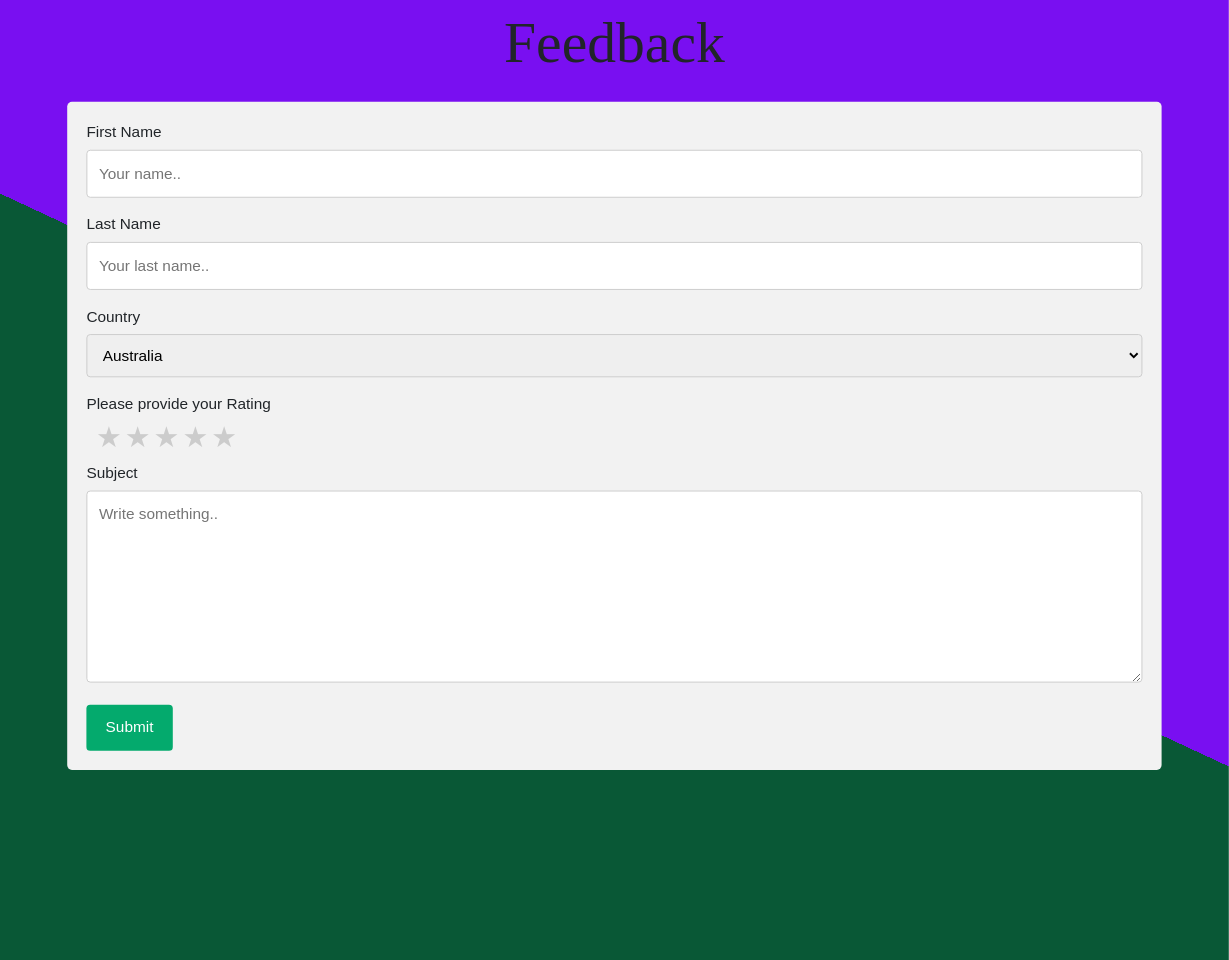
Repository: poornasyamasundar/Software-Project-Manager
Page: SoftwareManager/Templates/feedback.html
An editor plug-in stored every save of this project. The page is shown before and after the next save, followed by the edit.
The browser window is 1280 px wide. The pictures show the whole page, at 96% of full size.

Above is the page before, as saved 2021-10-23 21:25:30.

### SoftwareManager/Templates/feedback.html
<!DOCTYPE html>
<html>
	<head>
		<link rel = 'stylesheet' href = 'newProject.css'>
		<link href="https://cdn.jsdelivr.net/npm/bootstrap@5.0.2/dist/css/bootstrap.min.css" rel="stylesheet" integrity="sha384-EVSTQN3/azprG1Anm3QDgpJLIm9Nao0Yz1ztcQTwFspd3yD65VohhpuuCOmLASjC" crossorigin="anonymous">
		<title>
			Feedback
		</title>
        <style>
            body {font-family: Arial, Helvetica, sans-serif;}
            * {box-sizing: border-box;}

            input[type=text], select, textarea {
              width: 100%;
              padding: 12px;
              border: 1px solid #ccc;
              border-radius: 4px;
              box-sizing: border-box;
              margin-top: 6px;
              margin-bottom: 16px;
              resize: vertical;
            }

            input[type=submit] {
              background-color: #04AA6D;
              color: white;
              padding: 12px 20px;
              border: none;
              border-radius: 4px;
              cursor: pointer;
            }

            input[type=submit]:hover {
              background-color: #45a049;
            }

            .container {
              border-radius: 5px;
              background-color: #f2f2f2;
              padding: 20px;
              margin-top: 10px;
            }



            *{
                margin: 0;
                padding: 0;
            }
            .rate {
                float: left;
                height: 46px;
                padding: 0 10px;
            }
            .rate:not(:checked) > input {
                position:absolute;
                top:-9999px;
            }
            .rate:not(:checked) > label {
                float:right;
                width:1em;
                overflow:hidden;
                white-space:nowrap;
                cursor:pointer;
                font-size:30px;
                color:#ccc;
            }
            .rate:not(:checked) > label:before {
                content: '★ ';
            }
            .rate > input:checked ~ label {
                color: #ffc700;
            }
            .rate:not(:checked) > label:hover,
            .rate:not(:checked) > label:hover ~ label {
                color: #deb217;
            }
            .rate > input:checked + label:hover,
            .rate > input:checked + label:hover ~ label,
            .rate > input:checked ~ label:hover,
            .rate > input:checked ~ label:hover ~ label,
            .rate > label:hover ~ input:checked ~ label {
                color: #c59b08;
            }
            </style>
	</head>
	<body>
        <p align="center" style="font-family:serif; font-size: 60px;">Feedback</p>














<div class="container">
  <form action="">
    <label for="fname">First Name</label>
    <input type="text" id="fname" name="firstname" placeholder="Your name..">

    <label for="lname">Last Name</label>
    <input type="text" id="lname" name="lastname" placeholder="Your last name..">

    <label for="country">Country</label>
    <select id="country" name="country">
      <option value="australia">Australia</option>
      <option value="canada">Canada</option>
      <option value="usa">USA</option>
    </select>

    <label for="rating">Please provide your Rating</label>
    <br>
    <div class="rate">
        <input type="radio" id="star5" name="rate" value="5" />
        <label for="star5" title="text">5 stars</label>
        <input type="radio" id="star4" name="rate" value="4" />
        <label for="star4" title="text">4 stars</label>
        <input type="radio" id="star3" name="rate" value="3" />
        <label for="star3" title="text">3 stars</label>
        <input type="radio" id="star2" name="rate" value="2" />
        <label for="star2" title="text">2 stars</label>
        <input type="radio" id="star1" name="rate" value="1" />
        <label for="star1" title="text">1 star</label>
      </div>

      <br>

      <br>

    <label for="subject">Subject</label>
    <textarea id="subject" name="subject" placeholder="Write something.." style="height:200px"></textarea>


    <input type="submit" value="Submit">
  </form>
</div>

    </body>
</html>

### SoftwareManager/Templates/newProject.css
body
{
	background-color: lightpink;
}
#homeMenu
{
	width: 100%;
	height: 80px;
	background-color: lightblue;
}
#logo
{
	width: 30vw;
	height: 80px;
	display: inline-block;
	background-color: lightgreen;
}
#goback
{
	width: 80px;
	height: 80px;
	display: inline-block;
	float: right;
	background-color: red;
}
#help
{
	width: 80px;
	height: 80px;
	display: inline-block;
	float: right;
	background-color: lightgreen;
}/*
#newProjectBox
{
	background-color: purple;
	width: 400px;
	margin: auto;
	height: 300px;
	margin-top: 10px;
	padding-top: 10px;
}
#create
{
	height: 40px;
	width: 100px;
	margin: auto;
	margin-top: 10px;
	background-color: yellow;
}
#name, #model, #contributors, #repositorylink
{
	height: 40px;
	width: 300px;
	margin: auto;
	margin-top: 10px;
	background-color: yellow;
} */

body {
	background-color: #4BDBC3;
	background-image: -webkit-linear-gradient(65deg, #095836  50%,  #790ff1 50%); /*#4aeaf0 #f05151 #F8F7DE*/
	min-height: 1000px;
  }

  #ui {
	background-color: #333;
	padding: 30px;
	margin-top: 50px;
	border-radius: 10px;
	opacity: 0.9;
	font-weight: bold;
  }

  #ui label,
  h1 {
	color: #fff;
  }

After the next save:
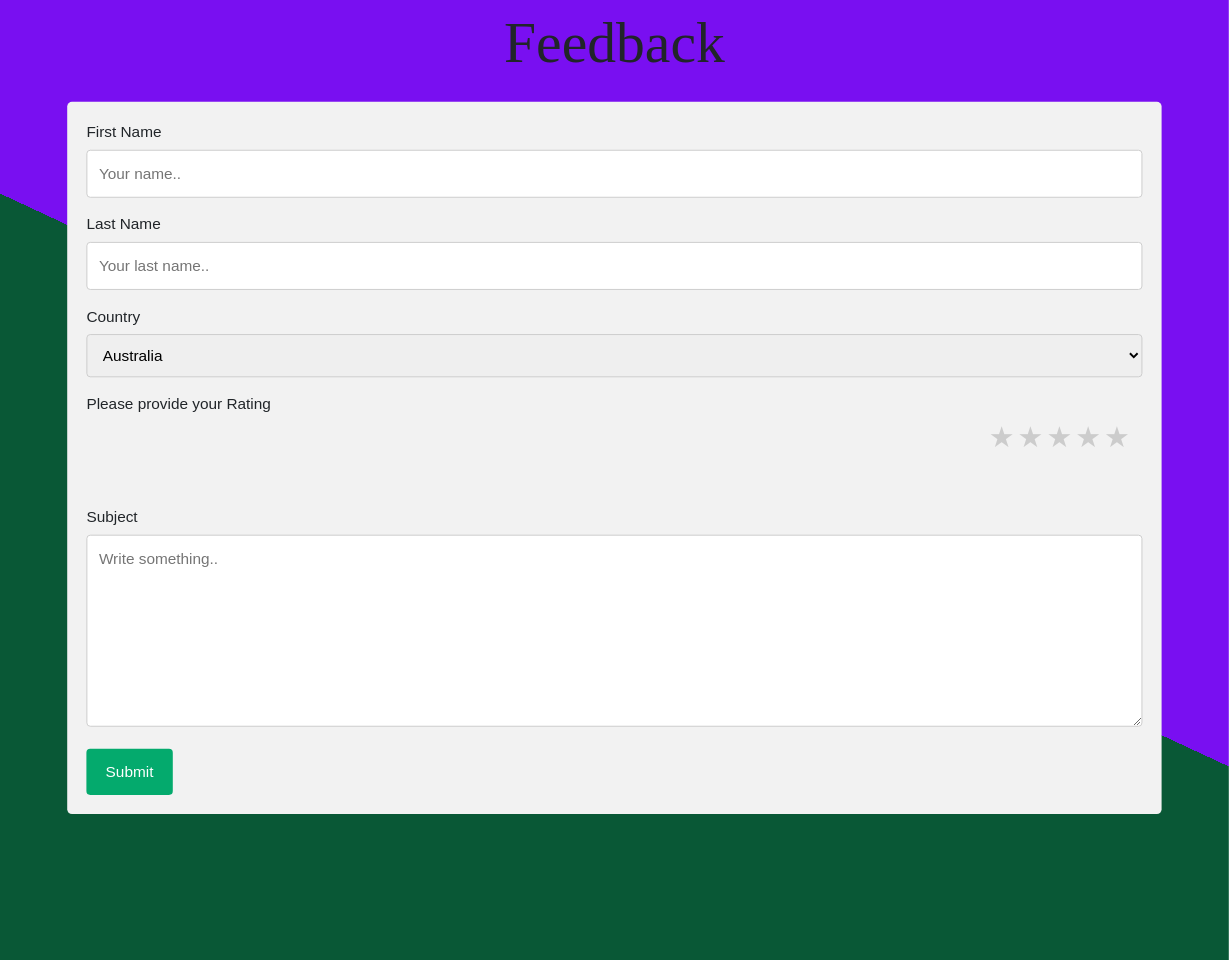
Saved 9 s later.
--- a/SoftwareManager/Templates/feedback.html
+++ b/SoftwareManager/Templates/feedback.html
@@ -48,7 +48,7 @@
                 padding: 0;
             }
             .rate {
-                float: left;
+                float: center;
                 height: 46px;
                 padding: 0 10px;
             }

After the save that followed:
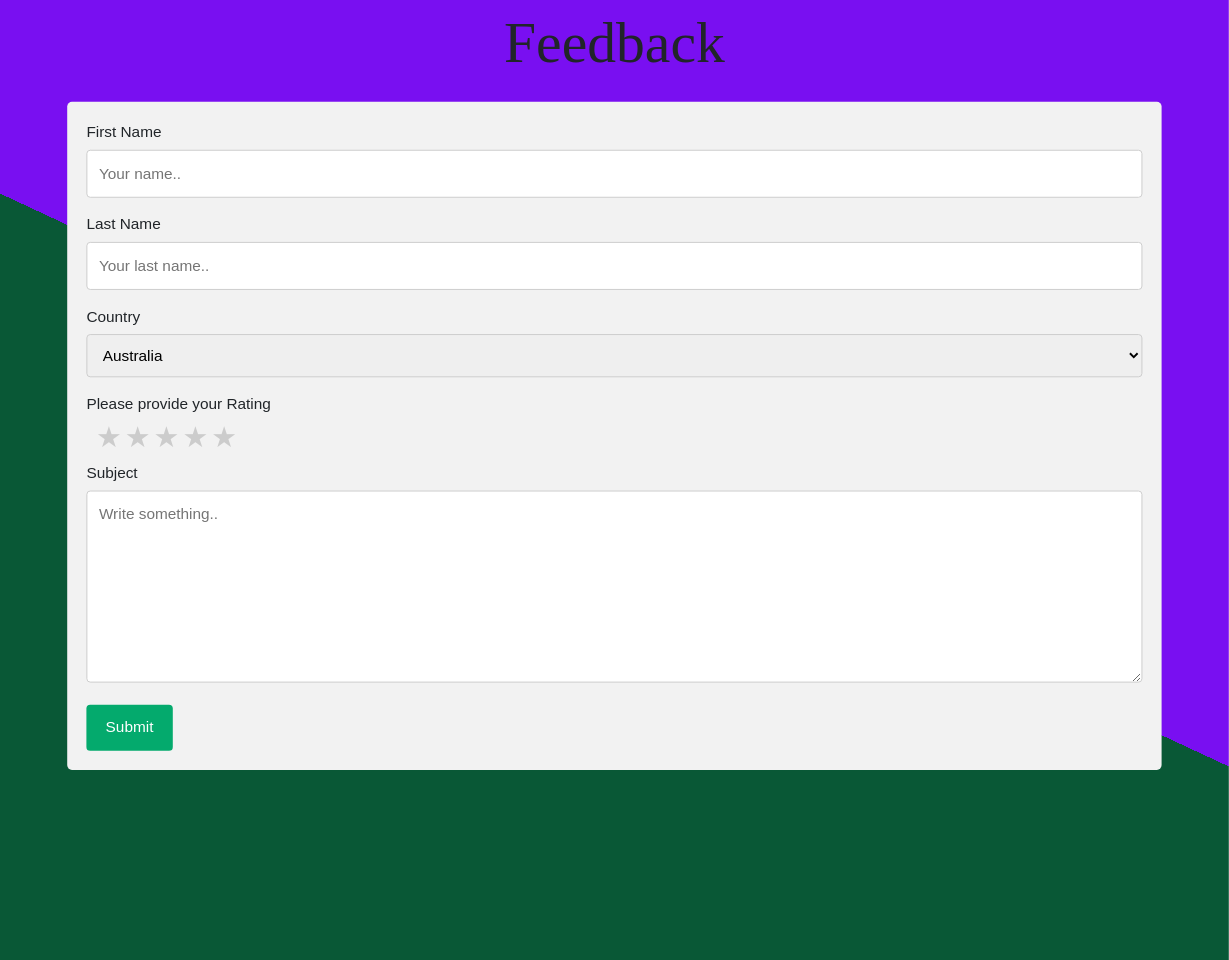
Saved 13 s later.
--- a/SoftwareManager/Templates/feedback.html
+++ b/SoftwareManager/Templates/feedback.html
@@ -48,7 +48,7 @@
                 padding: 0;
             }
             .rate {
-                float: center;
+                float: left;
                 height: 46px;
                 padding: 0 10px;
             }
